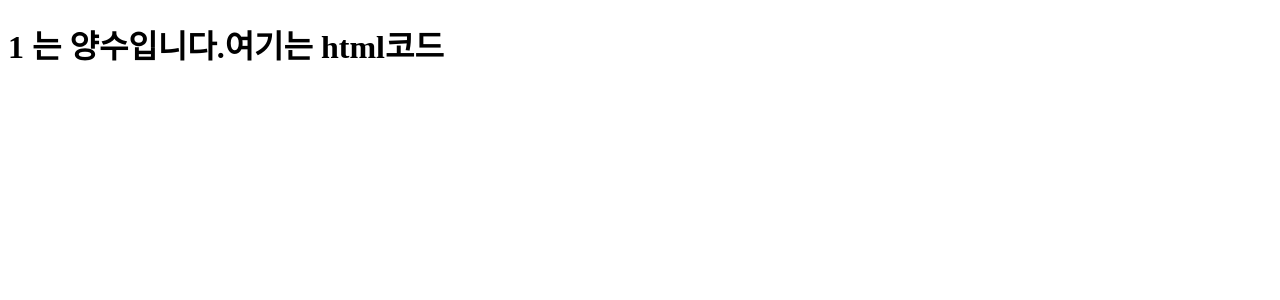
Repository: to-flatwhite1/JSP
Page: http://localhost/JSP07/
These files come from the project's save history. The page is drawn as it stood at one moment and after the next save; the edit follows.
The browser window is 1280 px wide. The pictures show the whole page.
The page is served by Tomcat 9.

Above is the page before, as saved 2024-05-16 00:51:02.

### JSP07/src/main/webapp/index.jsp
<%@ page language="java" contentType="text/html; charset=utf-8"
    pageEncoding="utf-8"%>
<!DOCTYPE html>
<html>
	<head>
		<meta charset="utf-8">
		<title>자바 일반 문법의 이용</title>
	</head>
	<body>

		<%
			int number=1;
			if(number>0){
		%>
			<h1><%=number %>

			는 양수입니다.여기는 html코드
			</h1>
		<%
			}else{
				%><h2>나는 음수입니다.</h2>
			<%
			}
		%>


	</body>
</html>

After the next save:
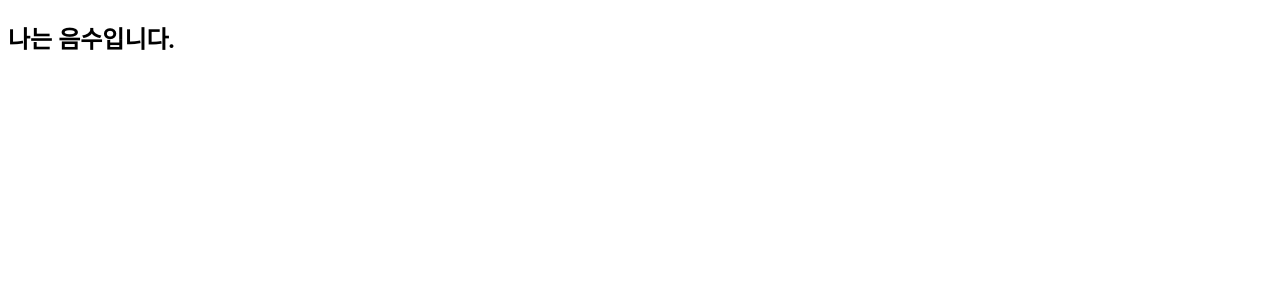
Saved 5 s later.
--- a/JSP07/src/main/webapp/index.jsp
+++ b/JSP07/src/main/webapp/index.jsp
@@ -9,7 +9,7 @@
 	<body>
 
 		<%
-			int number=1;
+			int number=-1;
 			if(number>0){
 		%>
 			<h1><%=number %>
